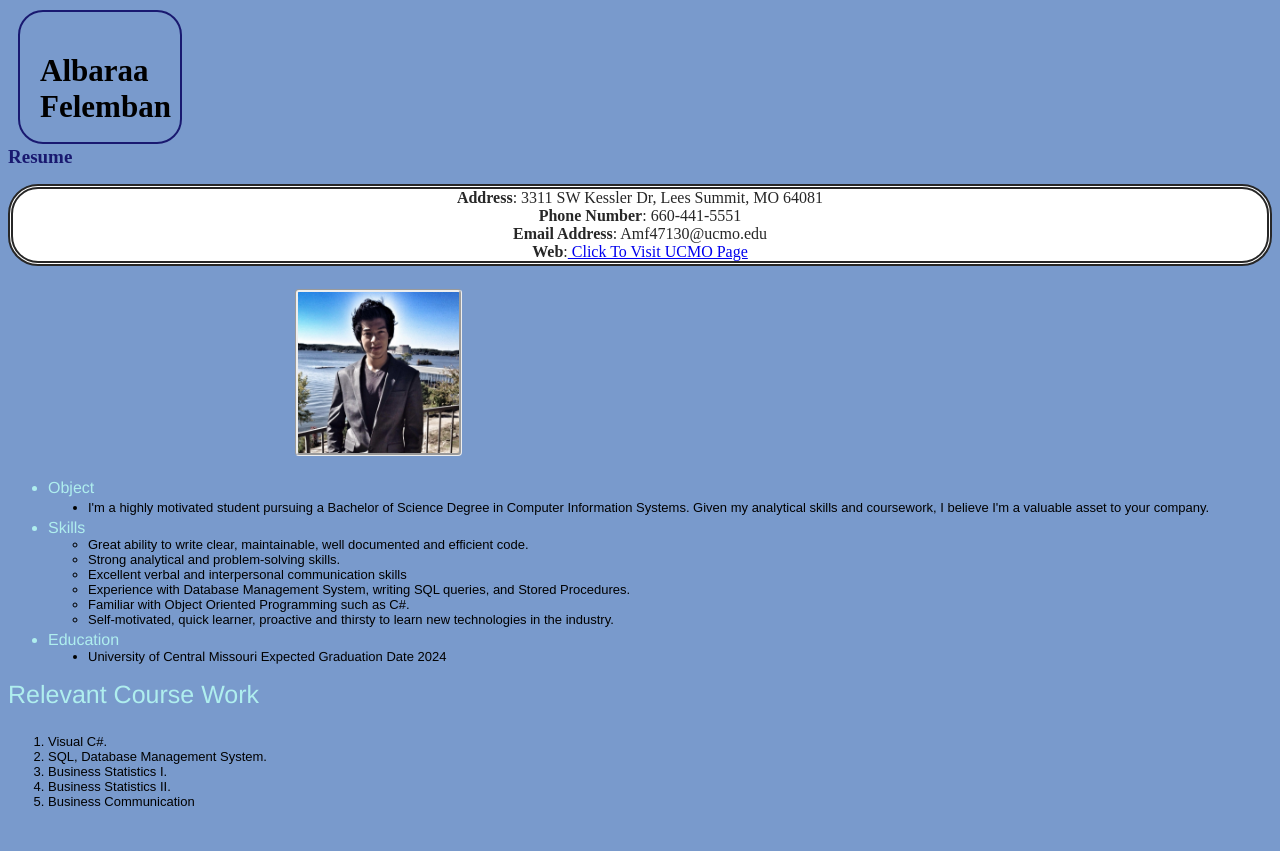
Repository: MrFelemban/RealEstate_Web-cis2625
Page: lesson1/index.html
The author's editor kept a record of every edit. The page is drawn from the files as they stood at one moment, then again after the next edit.
The browser window is 1280 px wide. The pictures show the whole page.

Above is the page before.

### lesson1/index.html
<!DOCTYPE html>

<head>
	<meta charset="UTF-8">
	<title> My Resume </title>
	<link rel="stylesheet" href="./Resume.css" type="text/css">
</head>

<body>
	<table name="top" id="top">
		<tr>
			<td>
				<img src="PersonalPhoto.jpg" alt="Profile Picture">
			</td>
			<div class="Div_Name">
				<h1> Albaraa Felemban</h1>
			</div>
			<h2>Resume</h2>
			<div class="myDiv">
				<b>Address</b>: 3311 SW Kessler Dr, Lees Summit, MO 64081</br>
				<b>Phone Number</b>: 660-441-5551</br>
				<b>Email Address</b>: Amf47130@ucmo.edu</br>
				<b>Web</b>:<a href=" http://www.ucmo.edu"> Click To Visit UCMO Page </a>
				</td>
		</tr>
		</div>
	</table>
	<ul>
		<li class="Subject">Object</li>

		<li id="Hook">I'm a highly motivated student pursuing a Bachelor of Science Degree in Computer Information Systems. Given my analytical skills and coursework, I believe I'm a valuable asset to your company.</li>

		<li class="Subject">Skills</li>

		<div class="Skills">
			<ul>
				<li>Great ability to write clear, maintainable, well documented and efficient code.</li>
				<li>Strong analytical and problem-solving skills.</li>
				<li>Excellent verbal and interpersonal communication skills</li>
				<li>Experience with Database Management System, writing SQL queries, and Stored Procedures.</li>
				<li>Familiar with Object Oriented Programming such as C#.</li>
				<li>Self-motivated, quick learner, proactive and thirsty to learn new technologies in the industry.</li>
			</ul>
		</div>
		<li class="Subject">Education</li>
		<li id="Education">
			University of Central Missouri Expected Graduation Date 2024
		</li>
	</ul>
	<p class="Subject">Relevant Course Work </p>
	<ol>
		<div class="Course_Work">
			<li>Visual C#.</li>
			<li>SQL, Database Management System.</li>
			<li>Business Statistics I.</li>
			<li>Business Statistics II.</li>
			<li>Business Communication</li>
		</div>
	</ol>



</body>

</html>

### lesson1/Resume.css
	body {
		background-color: #799ACC;
	}

	.myDiv {
		border: 5px double #272727;
		border-radius: 30px;
		background-color: white;
		text-align: center;
		list-style-position: inside;
		color: #272727;

	}

	img {
		width: 161px;
		height: 161px;
		margin-left: 170%;
		margin-top: 20px;
		text-align: justify;
		border-radius: 4px;
		border: groove;


	}

	.Div_Name {

		margin: 10px;
		padding: 5px;
		background: transparent;
		font-size: 97%;
		float: inherit;
		margin-bottom: 2px;
		list-style-position: inside;

		border-radius: 25px;
		border: 2px solid #191970;
		padding: 20px;
		width: 120px;
		height: 90px;
	}

	p {
		font-family: serif;
		font-size: 25px;
		color: black;
	}

	#Hook {
		font-family: sans-serif;
		color: black;
		font-size: 13px;
		margin-left: 40px;
		margin-top: 3px;
		text-align: justify;
	}

	.Subject {
		font-family: helvetica;
		color: #AFEEEE;
		text-align: justify;
		margin-top: 4px;

	}


	.Skills>ul li {
		color: black;
		font-family: sans-serif;
		font-size: 13px;

	}

/* "Resume" word code*/
	h2 {
		color: #191970;
		font-size: 19px;
		font-family: Black Times;
		margin-top: 1px;

}

	#Education {
		font-family: helvetica;
		color: Black;
		font-size: 13px;
		margin-left: 40px;
	}
	.Course_Work {
		font-family: sans-serif;
		font-size: 13px;
	}
	#Courses{
		margin-top:-9px;
		margin-bottom: -10px;
		margin-left: 5px;
		font-size:19px;
		color: #CD853F;
		text-shadow: 2px 0 black, 0 1px black, 1px 0 black, 0 -1px black;

	}

After the next edit:
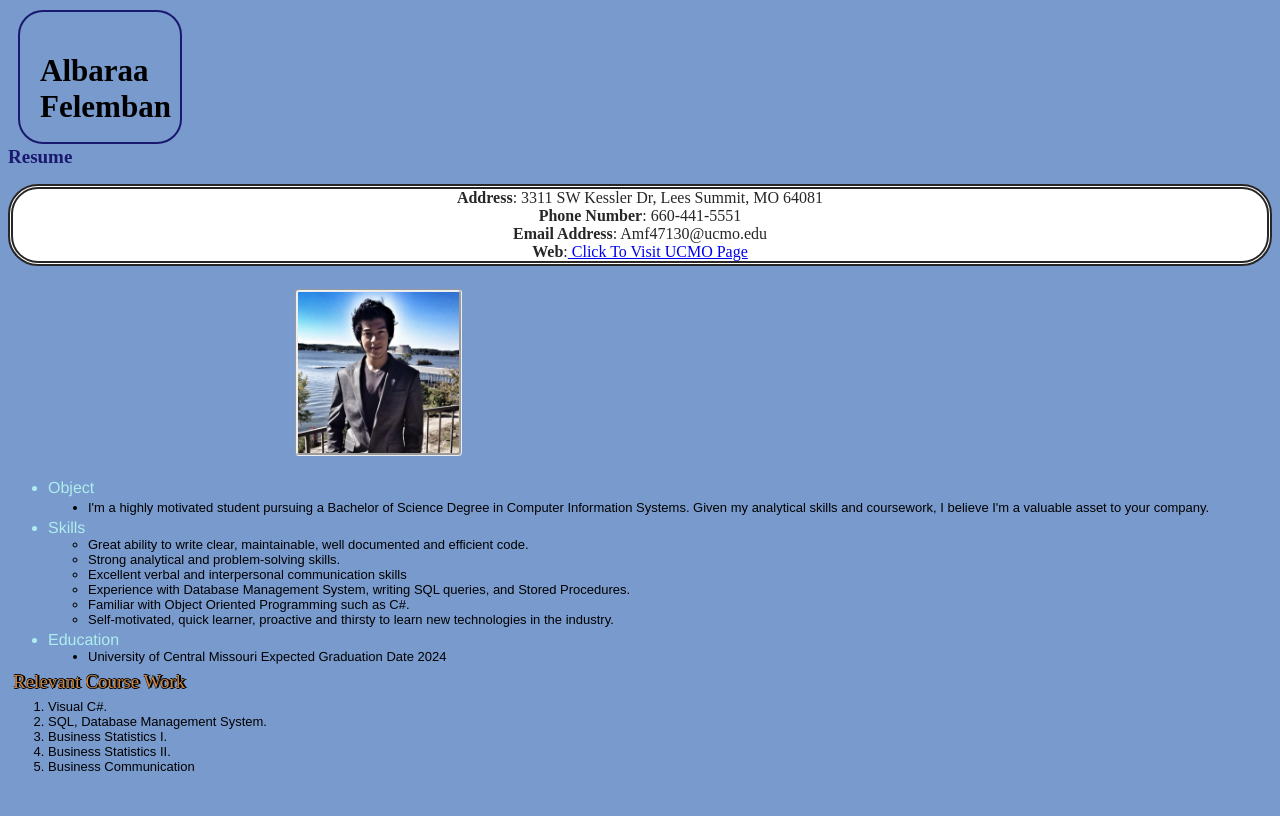
The edit:
--- a/lesson1/index.html
+++ b/lesson1/index.html
@@ -47,7 +47,7 @@
 			University of Central Missouri Expected Graduation Date 2024
 		</li>
 	</ul>
-	<p class="Subject">Relevant Course Work </p>
+	<p id="Courses">Relevant Course Work </p>
 	<ol>
 		<div class="Course_Work">
 			<li>Visual C#.</li>
